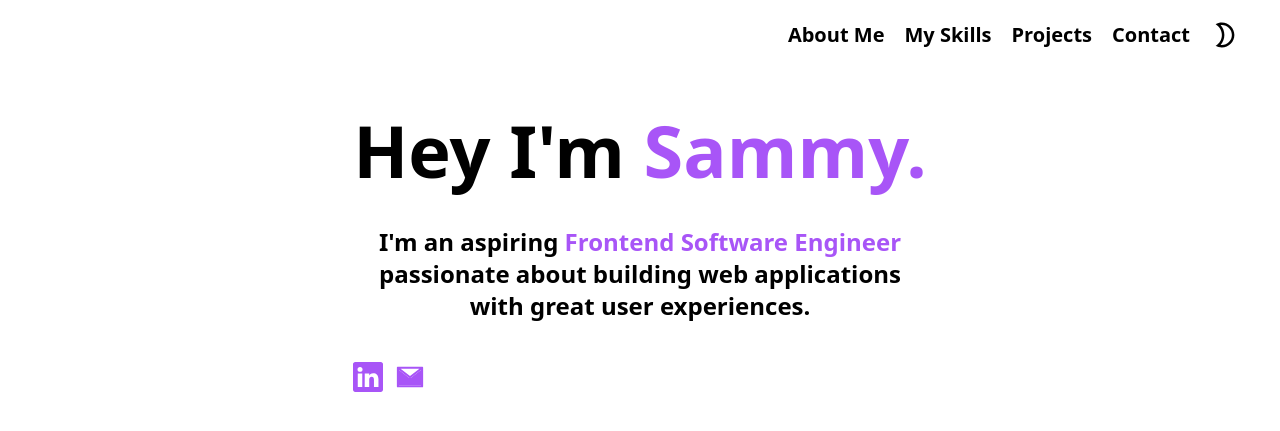
Repository: Al123Kudayyd/e-portfolio
Page: /
An editor plug-in stored every save of this project. The page is shown before and after a run of saves, followed by the edit.
The browser window is 1280 px wide. The pictures show the whole page.
The project was rebuilt for these pictures with package versions that can differ from the ones it lists, and the page was loaded fresh each time. The framework's server and built-in components were replaced by stand-ins that run in the browser. Also part of the build but not shown: next.config.js.

Above is the page before, as saved 2023-06-06 22:27:58.

### pages/index.tsx
import Info from "@/components/Info";
import Nav from "@/components/Nav";



export default function Home() {
  return (
    <>
      <Nav />
      <div className="flex justify-center items-center">
        <Info />
      </div>


    </>
  )
}

### components/Info.tsx
import { BsLinkedin } from 'react-icons/bs'
import { AiTwotoneMail } from 'react-icons/ai'

function Info() {
  return (
    <div className="overflow-hidden">
        <div className="space-y-10 my-11 flex-col text-center justify-center items-center">
          <h1 className="text-7xl font-bold">Hey I'm <span className="text-purple-500">Sammy.</span></h1>
          <h3 className="text-2xl font-semibold">I'm an aspiring <span className="text-purple-500">Frontend Software Engineer</span> <br /> passionate about building web applications <br /> with great user experiences.</h3>
          <div className="flex items-center space-x-3 text-3xl text-purple-500">
            <BsLinkedin />
            <AiTwotoneMail />
          </div>
        </div>
      </div>
  )
}

export default Info

### components/Nav.tsx
import { MdOutlineModeNight } from 'react-icons/md'
import { FaBars } from 'react-icons/fa'

function Nav() {
  return (
    <div className='my-5 mx-10 flex items-center justify-end font-bold cursor-pointer'>
        <FaBars className='flex md:hidden lg:hidden text-2xl hover:text-purple-500 transition' />
        <ul className='md:flex lg:flex hidden space-x-5 items-center justify-end text-xs sm:text-xl'>
            <li className='hover:text-purple-500 transition'>About Me</li>
            <li className='hover:text-purple-500 transition'>My Skills</li>
            <li className='hover:text-purple-500 transition'>Projects</li>
            <li className='hover:text-purple-500 transition'>Contact</li>
            <li><MdOutlineModeNight className='text-3xl hover:scale-110 transition' /></li>

        </ul>

    </div>
  )
}

export default Nav

Loaded but not shown: pages/_app.tsx (common file); pages/_document.tsx (common file); styles/globals.css (common file); tailwind.config.js (common file)

After the next 2 saves:
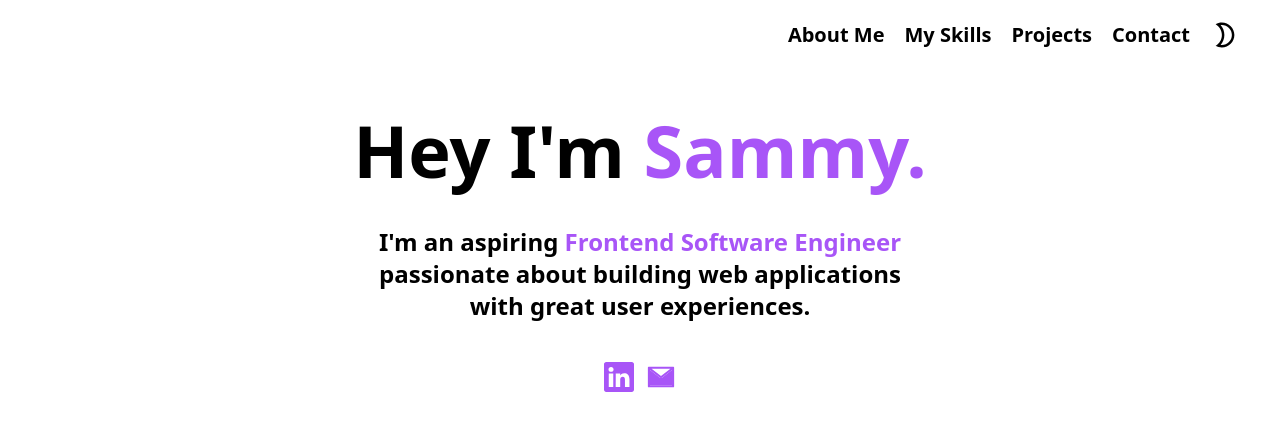
The 2 saves are shown as one change because they came seconds apart.
The last was saved 10 s later.
--- a/components/Info.tsx
+++ b/components/Info.tsx
@@ -7,7 +7,7 @@ function Info() {
         <div className="space-y-10 my-11 flex-col text-center justify-center items-center">
           <h1 className="text-7xl font-bold">Hey I'm <span className="text-purple-500">Sammy.</span></h1>
           <h3 className="text-2xl font-semibold">I'm an aspiring <span className="text-purple-500">Frontend Software Engineer</span> <br /> passionate about building web applications <br /> with great user experiences.</h3>
-          <div className="flex items-center space-x-3 text-3xl text-purple-500">
+          <div className="flex justify-center items-center space-x-3 text-3xl text-purple-500">
             <BsLinkedin />
             <AiTwotoneMail />
           </div>
